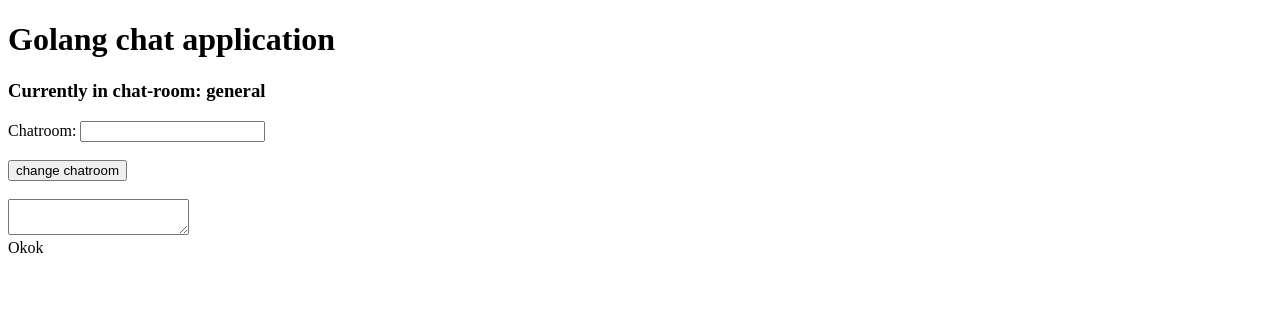
Repository: Lakshyyaa/SimpleWSserver
Page: frontend/index.html
These files come from the project's save history. The page is drawn as it stood at one moment and after a run of saves; the edit follows.
The browser window is 1280 px wide. The pictures show the whole page.

Above is the page before, as saved 2024-10-30 13:44:25.

### frontend/index.html
<!DOCTYPE html>
<html lang="en">
  <head>
    <meta charset="UTF-8" />
    <meta name="viewport" content="width=device-width, initial-scale=1.0" />
    <title>websockets</title>
  </head>
  <body>
    <div class="center">
      <h1>Golang chat application</h1>
      <h3>Currently in chat-room: general</h3>
      <form action="" id="select-room">
        <label for="chatroom">Chatroom: </label>
        <input type="text" id="chatroom" name="chatroom" />
        <br />
        <br />
        <input type="submit" value="change chatroom" />
      </form>
      <br>
      <textarea class="messagearea" id="chatmessages" readonly name="chatmessages" rows=""></textarea>
    </div>
    Okok
  </body>
</html>

After the next 3 saves:
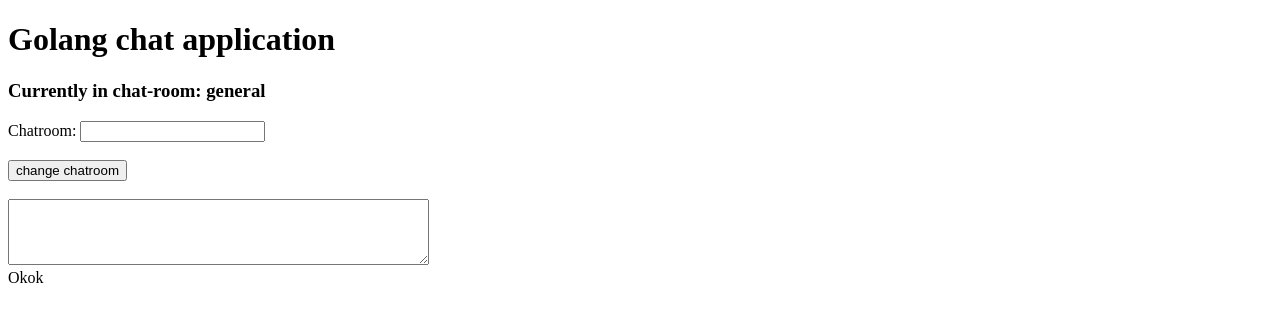
The 3 saves are shown as one change because they came seconds apart.
The last was saved 7 s later.
--- a/frontend/index.html
+++ b/frontend/index.html
@@ -17,7 +17,7 @@
         <input type="submit" value="change chatroom" />
       </form>
       <br>
-      <textarea class="messagearea" id="chatmessages" readonly name="chatmessages" rows=""></textarea>
+      <textarea class="messagearea" id="chatmessages" readonly name="chatmessages" rows="4" cols="50"></textarea>
     </div>
     Okok
   </body>
